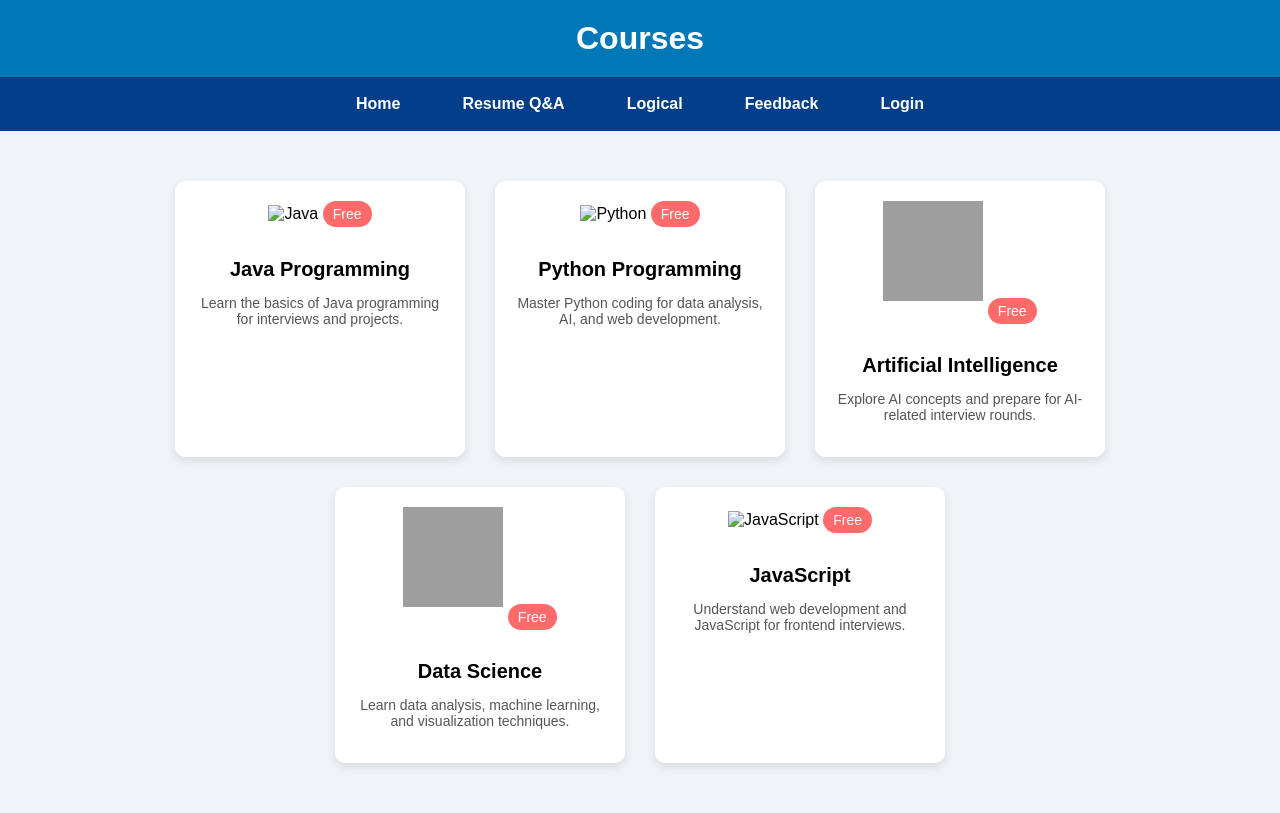
Repository: Mathin04/Online-Interview-Platform-
Page: urls/courses.html
An editor plug-in stored every save of this project. The page is shown before and after the next save, followed by the edit.
The browser window is 1280 px wide. The pictures show the whole page.
Pictures or frames that could not be fetched are drawn as grey boxes.

Above is the page before, as saved 2025-10-08 13:20:22.
Not found: images/java.png
Not found: images/javascript.png
Not found: images/python.png

### urls/courses.html
<!DOCTYPE html>
<html lang="en">
<head>
  <meta charset="UTF-8">
  <title>Courses | M-Terview</title>
  <style>
    body {
      font-family: Arial, sans-serif;
      margin: 0;
      padding: 0;
      background: #f0f4f8;
    }

    header {
      padding: 20px;
      background: #0077b6;
      color: white;
      text-align: center;
    }

    header h1 {
      margin: 0;
    }

    nav {
      display: flex;
      justify-content: center;
      background: #023e8a;
      padding: 10px 0;
    }

    nav a {
      margin: 0 15px;
      color: white;
      text-decoration: none;
      font-weight: bold;
      padding: 8px 16px;
      border-radius: 5px;
      transition: 0.3s;
    }

    nav a:hover {
      background: #0077b6;
    }

    .courses-container {
      display: flex;
      flex-wrap: wrap;
      justify-content: center;
      padding: 50px 20px;
      gap: 30px;
    }

    .course-card {
      background: white;
      border-radius: 10px;
      box-shadow: 0 4px 10px rgba(0,0,0,0.1);
      width: 250px;
      text-align: center;
      padding: 20px;
      transition: 0.3s;
    }

    .course-card:hover {
      transform: translateY(-5px);
      box-shadow: 0 6px 15px rgba(0,0,0,0.2);
    }

    .course-card img {
      width: 100px;
      height: 100px;
      margin-bottom: 15px;
    }

    .course-card h3 {
      font-size: 20px;
      margin-bottom: 10px;
    }

    .free-tag {
      display: inline-block;
      background: #ff6b6b;
      color: white;
      padding: 5px 10px;
      border-radius: 20px;
      font-size: 14px;
      margin-bottom: 10px;
    }

    .course-card p {
      font-size: 14px;
      color: #555;
    }

    @media screen and (max-width: 768px) {
      .courses-container { flex-direction: column; align-items: center; }
      .course-card { width: 80%; }
    }
  </style>
</head>
<body>

<header>
  <h1>Courses</h1>
</header>

<nav>
  <a href="../index.html">Home</a>
  <a href="resume.html">Resume Q&A</a>
  <a href="logical.html">Logical</a>
  <a href="feedback.html">Feedback</a>
  <a href="login.html">Login</a>
</nav>

<div class="courses-container">
  <div class="course-card">
    <img src="../images/java.png" alt="Java">
    <div class="free-tag">Free</div>
    <h3>Java Programming</h3>
    <p>Learn the basics of Java programming for interviews and projects.</p>
  </div>

  <div class="course-card">
    <img src="../images/python.png" alt="Python">
    <div class="free-tag">Free</div>
    <h3>Python Programming</h3>
    <p>Master Python coding for data analysis, AI, and web development.</p>
  </div>

  <div class="course-card">
    <img src="../images/ai.png" alt="AI">
    <div class="free-tag">Free</div>
    <h3>Artificial Intelligence</h3>
    <p>Explore AI concepts and prepare for AI-related interview rounds.</p>
  </div>

  <div class="course-card">
    <img src="../images/data-science.png" alt="Data Science">
    <div class="free-tag">Free</div>
    <h3>Data Science</h3>
    <p>Learn data analysis, machine learning, and visualization techniques.</p>
  </div>

  <div class="course-card">
    <img src="../images/javascript.png" alt="JavaScript">
    <div class="free-tag">Free</div>
    <h3>JavaScript</h3>
    <p>Understand web development and JavaScript for frontend interviews.</p>
  </div>

</div>

</body>
</html>

After the next save:
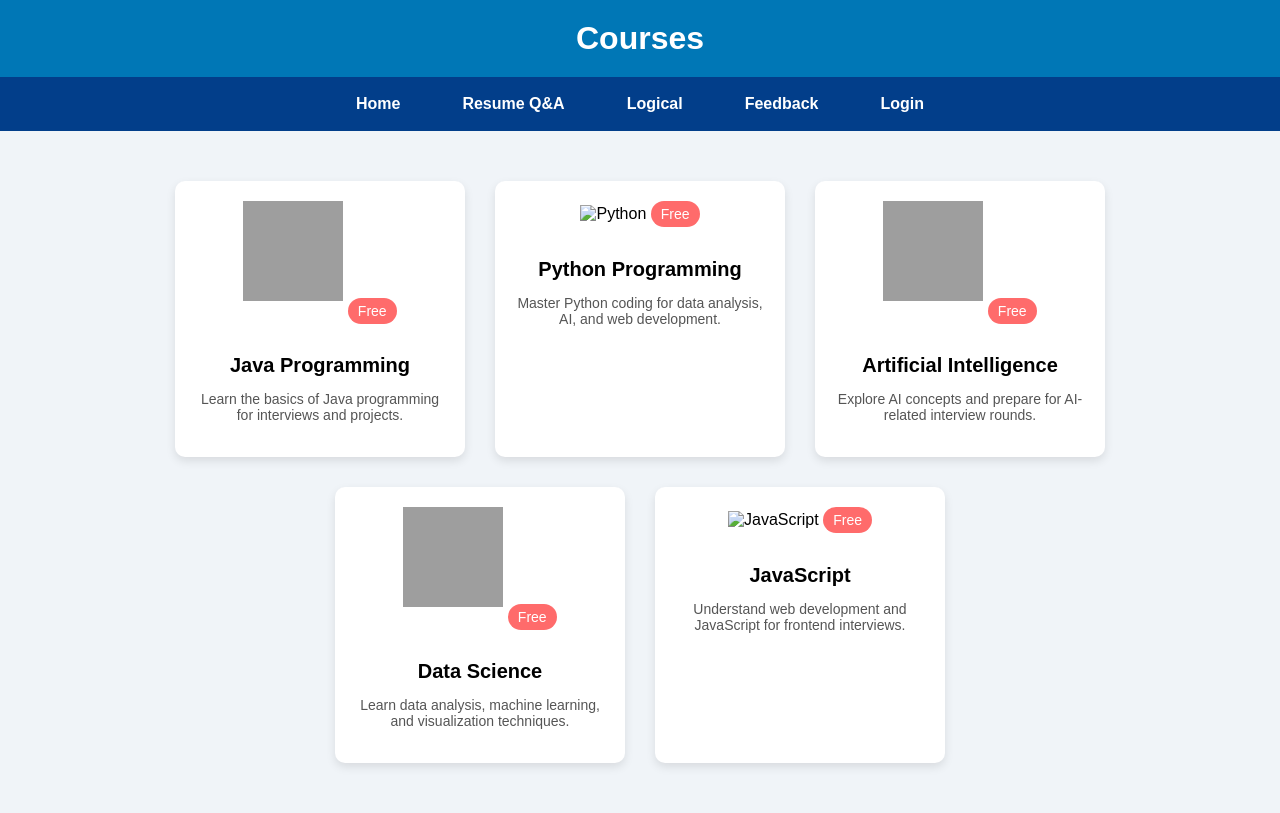
Saved 3 min 33 s later.
--- a/urls/courses.html
+++ b/urls/courses.html
@@ -114,7 +114,7 @@
 
 <div class="courses-container">
   <div class="course-card">
-    <img src="../images/java.png" alt="Java">
+    <img src="C:\Users\Shalima\OneDrive\Desktop\M-Terview\images\java.jpg" alt="Java">
     <div class="free-tag">Free</div>
     <h3>Java Programming</h3>
     <p>Learn the basics of Java programming for interviews and projects.</p>
